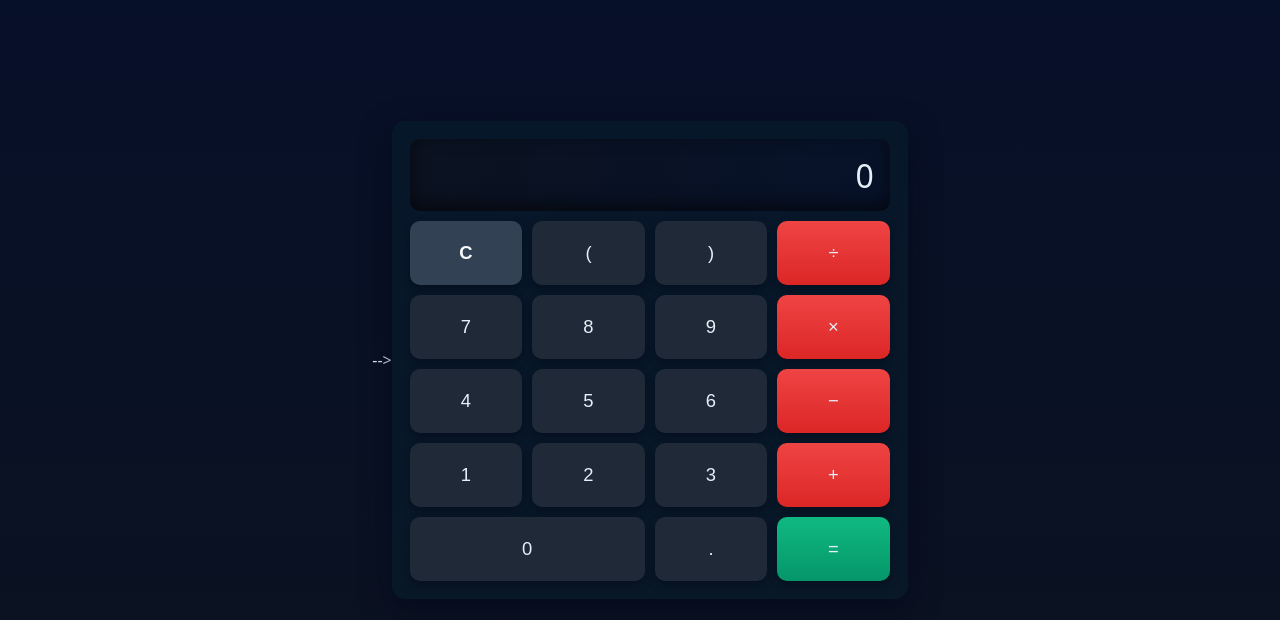
Repository: ShagunTomar2024/Frontend
Page: html/assignments/assignment2/index.html
The author's editor kept a copy of each file at every save. The page is drawn from the files as they stood at one save, then again after the next save.
The browser window is 1280 px wide. The pictures show the whole page.

Above is the page before, as saved 2025-09-10 11:27:10.

After the next save:
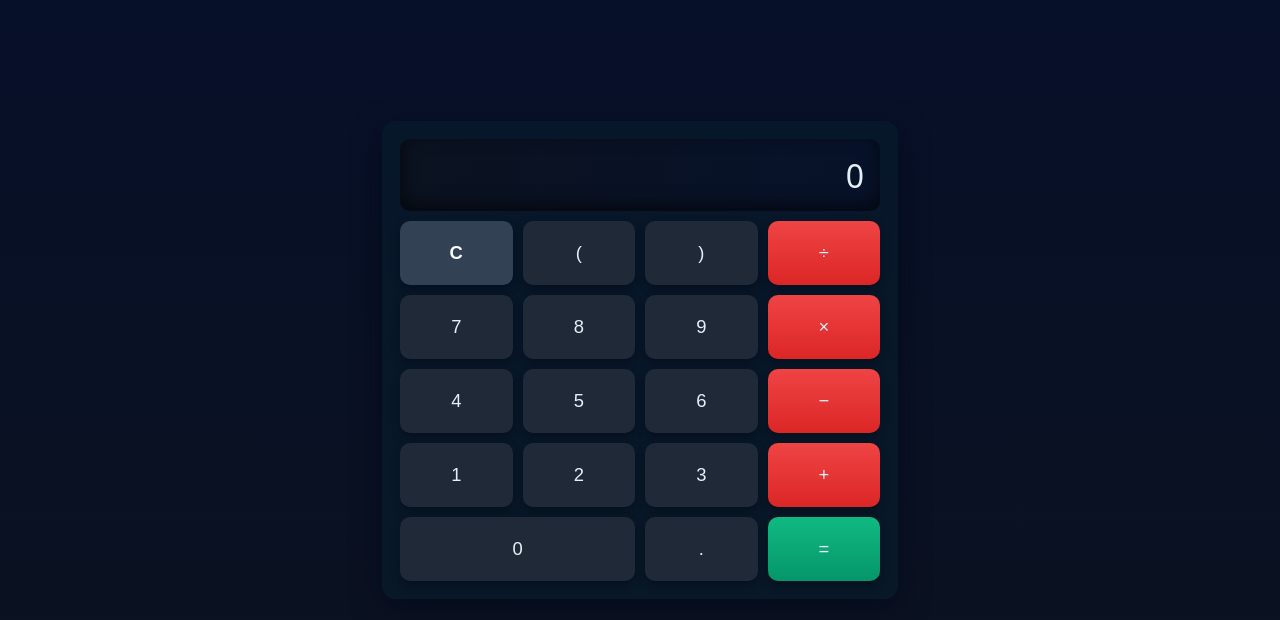
Saved 7 s later.
--- a/html/assignments/assignment2/index.html
+++ b/html/assignments/assignment2/index.html
@@ -63,7 +63,7 @@
 
   /* small visual tweaks for clarity */
   .btn.clear { background: #334155; color: #f8fafc; font-weight:600; }
-</style> -->
+</style>
 </head>
 <body>
 
